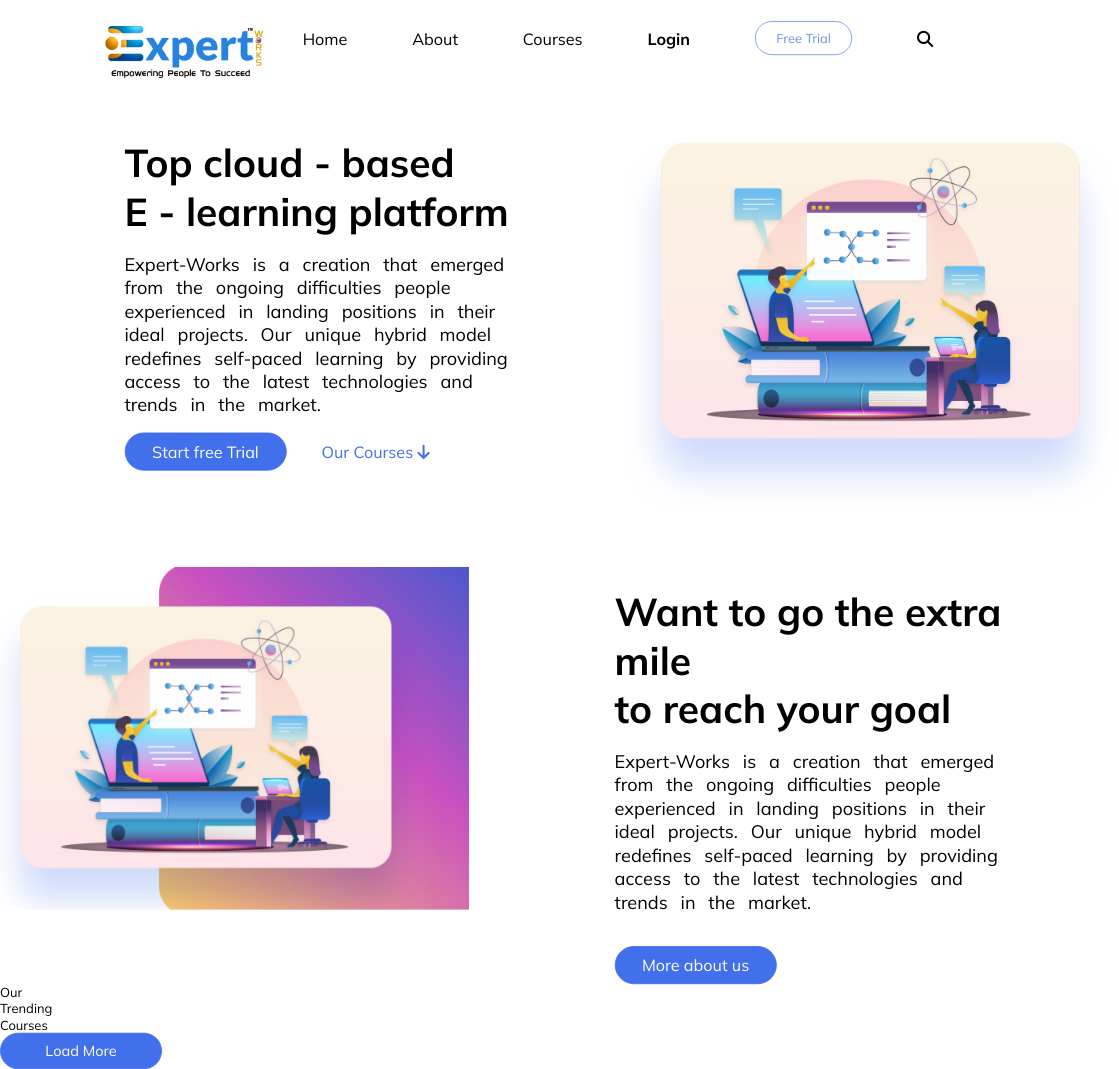
Repository: FlyweisReact/Raghu-B2C
Page: /homePage
An editor plug-in stored every save of this project. The page is shown before and after a run of saves, followed by the edit.
The browser window is 1280 px wide. The page is 1381 px wide, then 1334 px, so the pictures cover 1381 px, including what lies to the right of the window. The pictures show the whole page, at 81% of full size.
Some web libraries are served in a nearby version. The project was rebuilt for these pictures with package versions that can differ from the ones it lists, and the page was loaded fresh each time. Also part of the build but not shown: src/Footer/footer.scss, src/Footer/Footer.jsx, src/component/pages/courses/course.scss, src/component/Navbar/nav.scss, src/component/Navbar/Nav.jsx, src/component/navigation/NavItems.js, src/component/navigation/Dropdown.css, src/component/navigation/Dropdown.js and 43 more.

Above is the page before, as saved 2023-02-03 15:46:53.

After the next 2 saves:
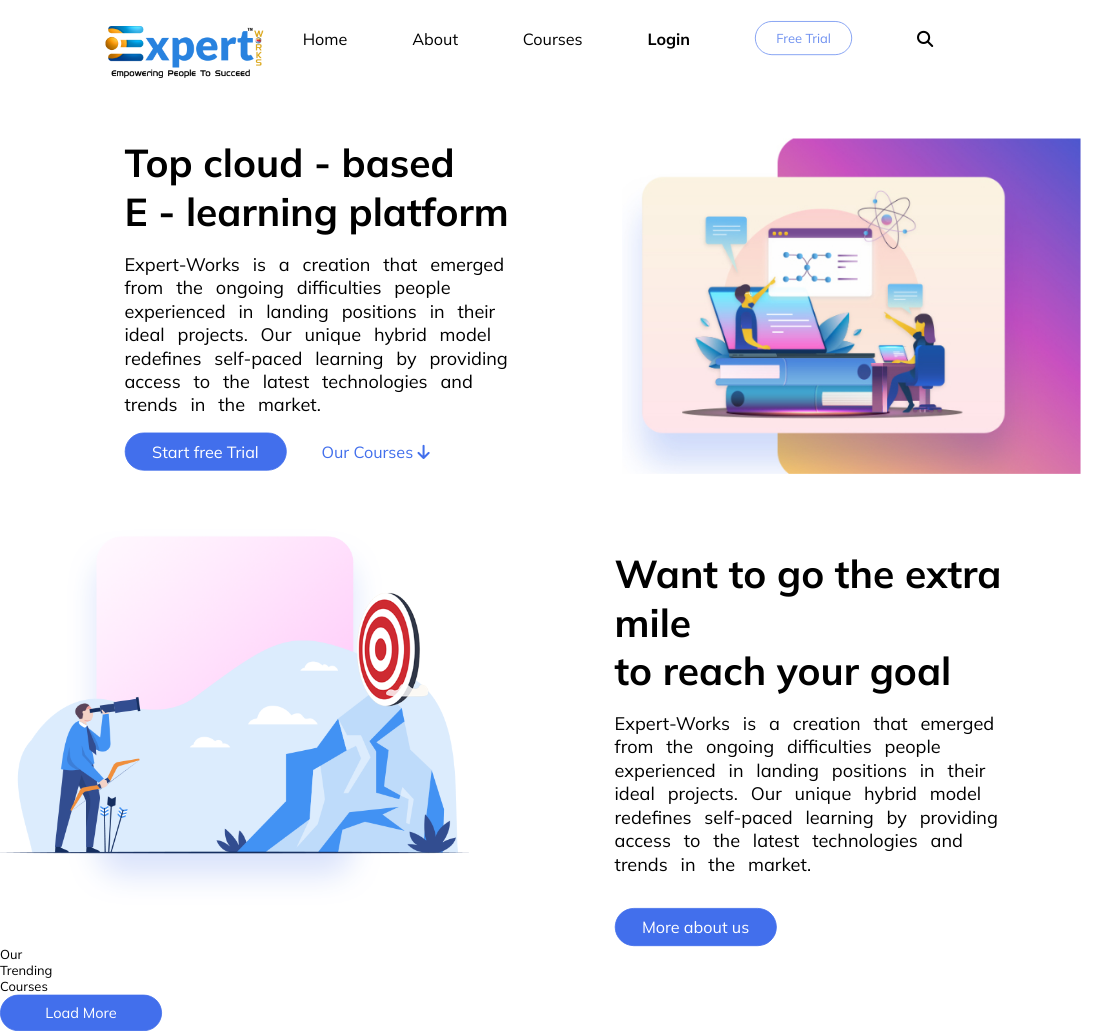
The 2 saves are shown as one change because they came seconds apart.
The last was saved 85 s later.
--- a/src/HomePage.js
+++ b/src/HomePage.js
@@ -73,7 +73,7 @@ const HomePage = () => {
         </div>
         <div className="right">
           <img
-            src={img1}
+            src={img3}
             alt=""
           />
         </div>
@@ -82,7 +82,7 @@ const HomePage = () => {
       <div className="mainSecTwo2">
         <div className="left">
           <img
-            src={img3}
+            src={img2}
             alt=""
           />
         </div>
